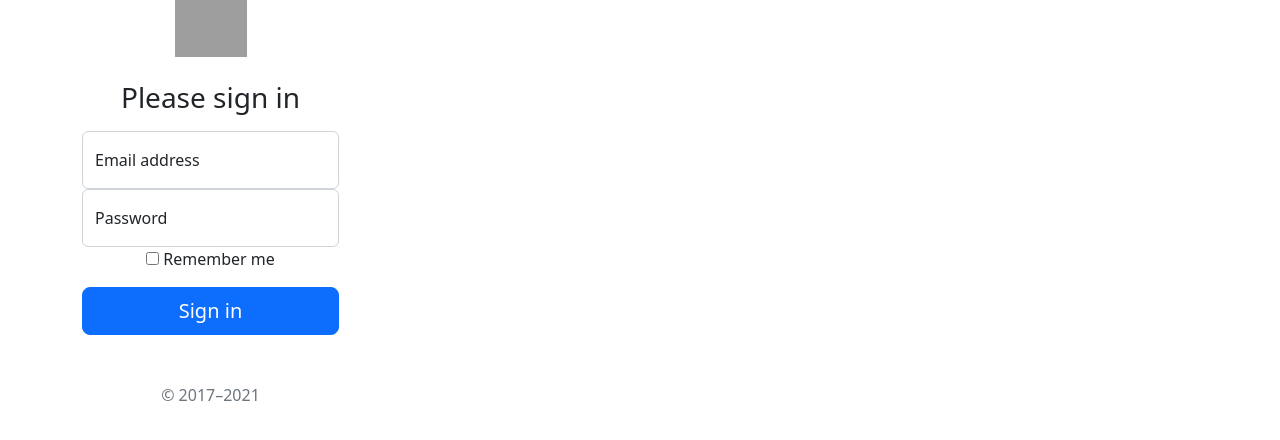
Repository: NPhanA/React2022
Page: / (app in Day 07-State and lifecycle/exercise/)
An editor plug-in stored every save of this project. The page is shown before and after the next save, followed by the edit.
The browser window is 1280 px wide. The pictures show the whole page.
Pictures or frames that could not be fetched are drawn as grey boxes. The project was rebuilt for these pictures with package versions that can differ from the ones it lists, and the page was loaded fresh each time. Also part of the build but not shown: Day 07-State and lifecycle/exercise/src/Components/AppState.js, Day 07-State and lifecycle/exercise/src/Components/FormComponents.js, Day 07-State and lifecycle/exercise/src/Components/BasicCalculator.js, Day 07-State and lifecycle/exercise/src/Components/Home.js.

Above is the page before, as saved 2022-08-01 18:24:36.

### Day 07-State and lifecycle/exercise/src/index.js
import React from 'react';
import ReactDOM from 'react-dom/client';
import './index.css';
import { createRoot } from 'react-dom/client';
import AppState from './Components/AppState';
import 'bootstrap/dist/css/bootstrap.min.css';
import 'bootstrap/dist/js/bootstrap.min.js';
import Calculator from './Components/BasicCalculator';
import LogIn from './Components/LogInForm';
import ToDo from './Components/ToDo';
const container = document.getElementById('root');
const root = createRoot(container);
root.render(<LogIn />);

### Day 07-State and lifecycle/exercise/src/Components/LogInForm.js
import { Component } from "react";
import Home from "../Components/Home";


class LogIn extends Component {

    constructor(props) {
        super(props);
        this.state = {
            form: { email: "", password: "", isRemember: false },
            isValid: false,
            isLoggedIn: false
        }
    }

    handleChange = (event) => {
        this.setState((state) => {
            const { form } = state
            form[event.target.name] = event.target.value
            return { form }
        }, () => this.checkValidForm())
    }

    handleChangeCheckbox = () => {
        this.setState((state) => {
            const { form } = state
            form.isRemember = !form.isRemember
            return { form }
        }, () => this.checkValidForm())
    }

    checkValidForm = () => {
        const { email, password } = this.state.form
        const value = email && password
        this.setState({ isValid: value })
    }

    handleSubmit = () => {
        if (this.state.isValid) {
            this.setState({ isLoggedIn: true })
        }
    }

    handleLogOut = () => {
        this.setState({ isLoggedIn: false })
    }

    render() {
        const { isLoggedIn, form } = this.state
        if (isLoggedIn) return (<Home onLogOut={this.handleLogOut} />)
        return (
            <div className="container d-flex align-items-center text-center">
                <div className="form-signin">
                    <form>
                        <img className="mb-4" src="https://upload.wikimedia.org/wikipedia/commons/thumb/b/b2/Bootstrap_logo.svg/2560px-Bootstrap_logo.svg.png" alt="" style={{ width:"72px",height:"57px"}}  />
                        <h1 className="h3 mb-3 fw-normal">Please sign in</h1>
                        <div className="form-floating">
                            <input className="form-control email" type="email" name="email" placeholder="name@example.com" value={form.email} onChange={this.handleChange} />
                            <label>Email address</label>
                        </div>
                        <div className="form-floating">
                            <input className="form-control password" type="password" name="password" placeholder="Password" value={form.password} onChange={this.handleChange} />
                            <label>Password</label>
                        </div>
                        <div className="checkbox mb-3">
                            <label>
                                <input type="checkbox" value={form.isRemember} onChange={this.handleChangeCheckbox} /> Remember me
                            </label>
                        </div>
                        <button className="w-100 btn btn-lg btn-primary" type="button" onClick={this.handleSubmit} >Sign in</button>
                        <p className="mt-5 mb-3 text-muted">© 2017–2021</p>
                    </form>
                </div>
            </div>
        )
    }
}

export default LogIn;

### Day 07-State and lifecycle/exercise/src/Components/ToDo.js
import { Component } from "react";
class ToDo extends Component {
    constructor(props) {
        super(props);
        this.state = {
            todo: [
                { title: "Learn JavaScript", date: "HI", content: "12" },
            ]
        }
    }

        getInputValue = (evt)=>{
            this.setState({ fValue: parseFloat(evt.target.value) });
        }
    render() {
        return (
            <div className="container">
                <div className="row">
                    <div className="col-xxl-4"></div>
                    <div className="col-xxl-4">
                        <h1>
                            Todo list
                        </h1>
                        <input type="text" className="form-control mb-3" id="input-todo" onChange={this.getInputValue} ></input>
                        <button className="btn btn-primary w-100" role="button" type="submit" data-bs-toggle="modal" data-bs-target="#exampleModalLabel">Add</button>
                    </div>
                    <div className="col-xxl-4"></div>
                </div>

                <div className="modal" tabIndex="-1" id="exampleModalLabel">
                    <div className="modal-dialog">
                        <div className="modal-content">
                            <div className="modal-header">
                                <h5 className="modal-title">{this.state.todo[0].title}</h5>
                                <button type="button" className="btn-close" data-bs-dismiss="modal" aria-label="Close" ></button>
                            </div>
                            <div className="modal-body">
                                <input type="text" className="form-control mb-3" placeholder="Date"></input>
                                <input type="text" className="form-control mb-3" placeholder="Content"></input>
                            </div>
                            <div className="modal-footer">
                                <button type="button" className="btn btn-secondary" data-bs-dismiss="modal">Close</button>
                                <button type="button" className="btn btn-primary" data-bs-dismiss="modal">Save changes</button>
                            </div>
                        </div>
                    </div>
                </div>
            </div>
        )
    }
}
export default ToDo;

Loaded but not shown: Day 07-State and lifecycle/exercise/public/index.html (common file); Day 07-State and lifecycle/exercise/src/index.css (common file)

After the next save:
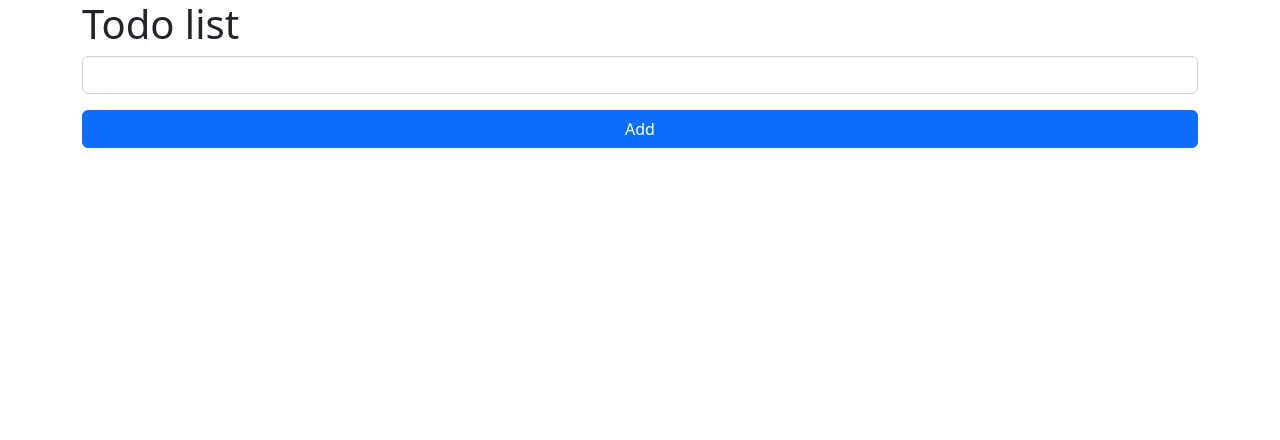
Saved 10 s later.
--- a/Day 07-State and lifecycle/exercise/src/index.js
+++ b/Day 07-State and lifecycle/exercise/src/index.js
@@ -10,4 +10,4 @@ import LogIn from './Components/LogInForm';
 import ToDo from './Components/ToDo';
 const container = document.getElementById('root');
 const root = createRoot(container);
-root.render(<LogIn />);
+root.render(<ToDo />);
